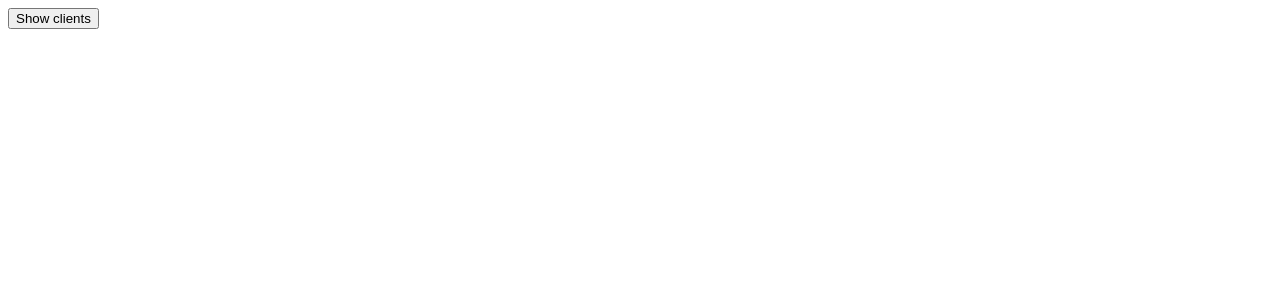
Repository: motiejus1/16-paskaita-PHP-05.31
Page: http://localhost/
These files come from the project's save history. The page is drawn as it stood at one moment and after a run of saves; the edit follows.
The browser window is 1280 px wide. The pictures show the whole page.
The page is run by PHP 8.4 with error messages shown; the project is at /var/www/html/.

Above is the page before, as saved 2021-09-08 18:32:59.

After the next 2 saves:
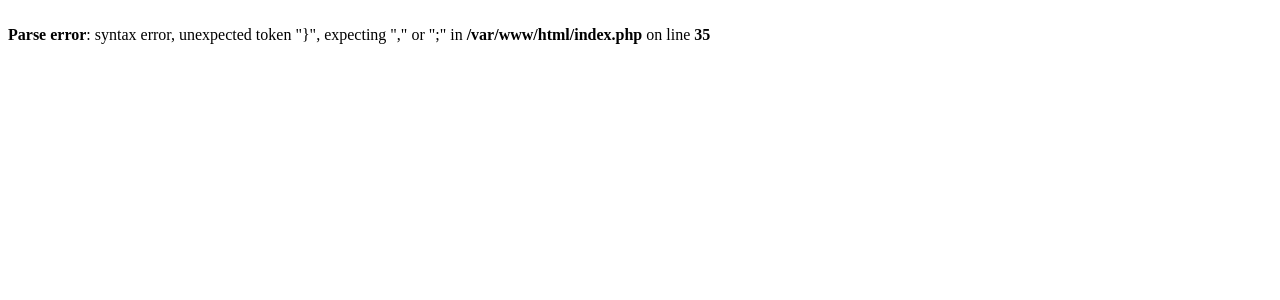
The 2 saves are shown as one change because they came seconds apart.
The last was saved 6 s later.
--- a/index.php
+++ b/index.php
@@ -31,6 +31,7 @@
 
             while($clients = mysqli_fetch_array($result)) {
                 echo "<tr>";
+                echo ""
             }
         }
 
